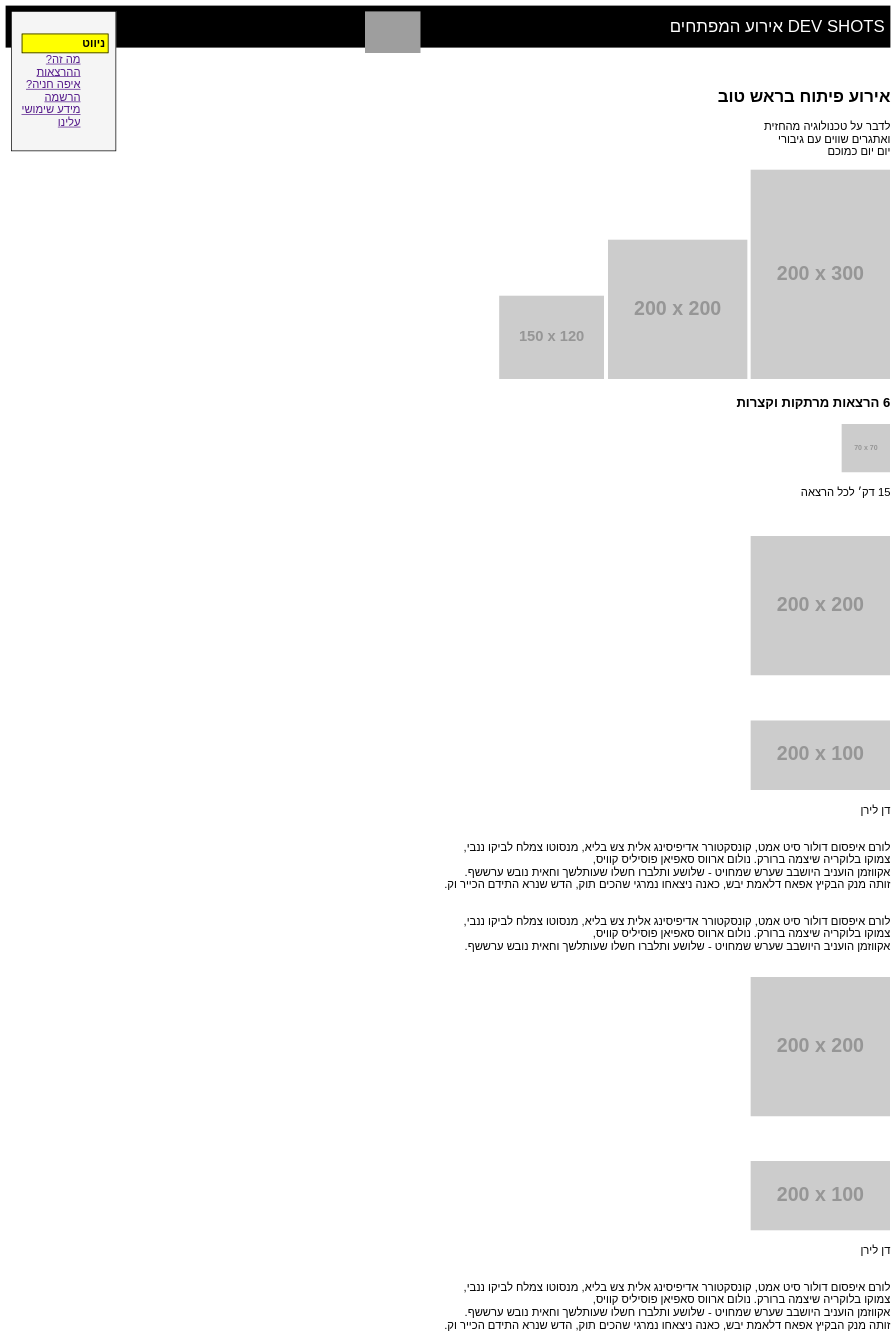
Repository: Julian-Escobar/DevShots
Page: index.html
An editor plug-in stored every save of this project. The page is shown before and after the next save, followed by the edit.
The browser window is 1280 px wide. The pictures show the part of the page from y = 0 to 1920 px (the page is 7870 px tall), at 70% of full size.
Pictures or frames that could not be fetched are drawn as grey boxes.

Above is the page before, as saved 2018-08-25 17:03:38.

After the next save:
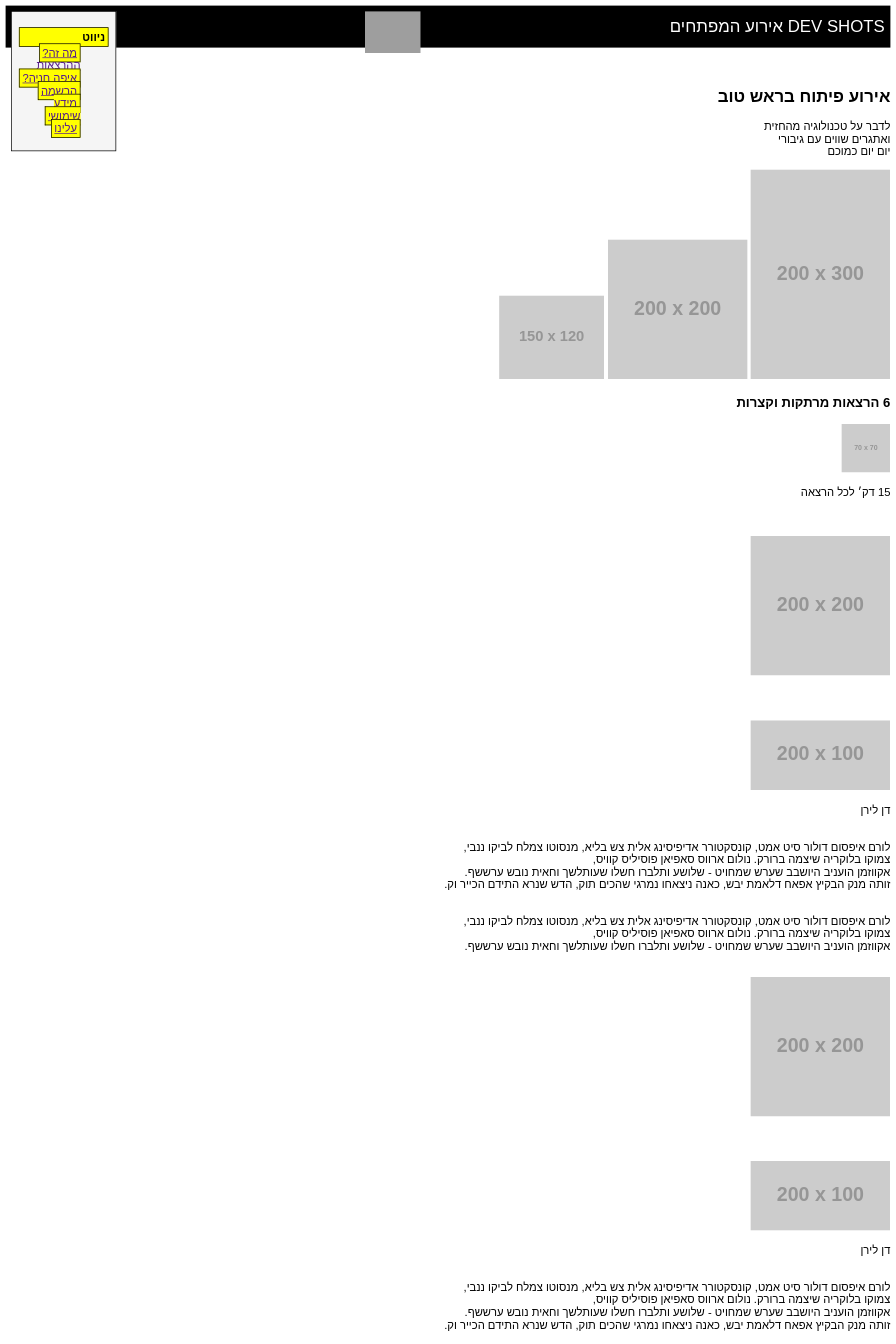
Saved 22 s later.
--- a/style.css
+++ b/style.css
@@ -53,7 +53,7 @@ header{
         border: 1px solid black
     }
 
-    .box {
+    .navlink {
         background-color: yellow;
         padding: 4px;
         border: 1px solid black
